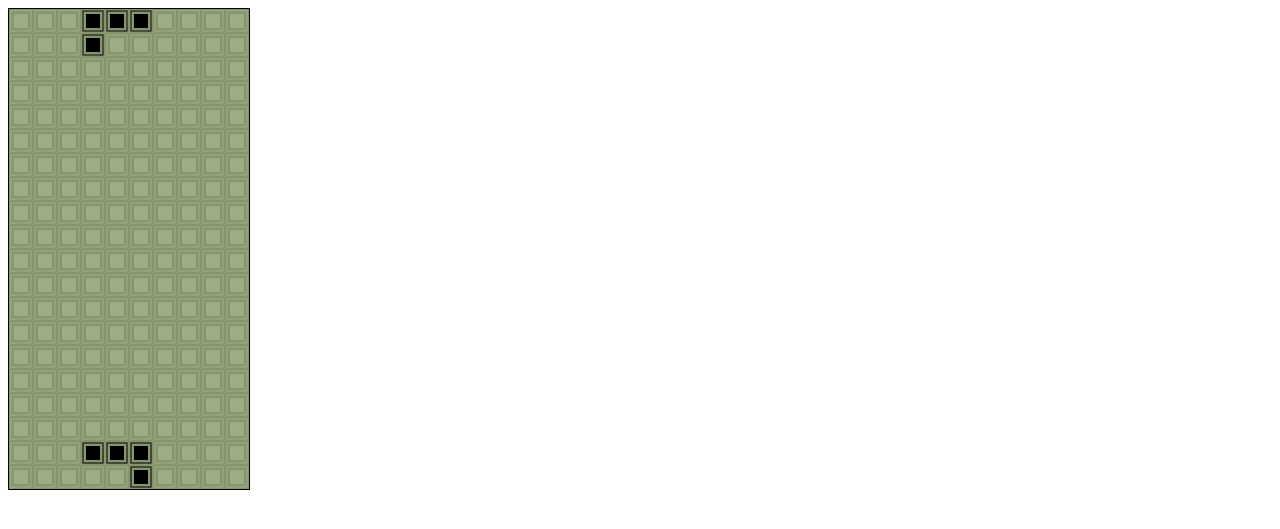
Repository: yzarc204/tetris-web
Page: index.html
The author's editor kept a copy of each file at every save. The page is drawn from the files as they stood at one save, then again after the next save.
The browser window is 1280 px wide. The pictures show the whole page.

Above is the page before, as saved 2021-09-20 23:16:58.

### index.html
<!DOCTYPE html>
<html lang="en">
<head>
    <meta charset="UTF-8">
    <meta http-equiv="X-UA-Compatible" content="IE=edge">
    <meta name="viewport" content="width=device-width, initial-scale=1.0">
    <title>Tetris</title>
    <style>
        canvas {
            border: 1px solid #000;
        }
    </style>
</head>
<body>
    <script src="js/const.js"></script>
    <script src="js/shape.js"></script>
    <script src="js/board.js"></script>
    <script src="js/pixel.js"></script>
    <script src="js/brick.js"></script>
    <script src="js/game.js"></script>
</body>
</html>

### js/const.js
const PIXEL_SIZE = 24;

const B = 'B';
const _ = ' ';

const ROW = 20;
const COL = 10;

const GAME_WIDTH = PIXEL_SIZE * COL;
const GAME_HEIGHT = PIXEL_SIZE * ROW;

const GAME_BG_COLOR = '#86966c';
const PIXEL_COLOR = '#000000';
const PIXEL_BG_COLOR = '#9EAD86';

const SLEEP = 250;

// const BRICK_SHAPES = [
//     [
//         [
//             [B, B, B, B]
//         ]
//     ],
//     [
//         [B, B, B],
//         [_, B, _]
//     ],
//     [
//         [B, B, _],
//         [_, B, B]
//     ],
//     [
//         [_, B, B],
//         [B, B, _]
//     ],
//     [
//         [B, B, B],
//         [_, _, B]
//     ],
//     [
//         [B, B, B],
//         [B, _, _]
//     ],
//     [
//         [B, B, B],
//         [_, _, B]
//     ],
// ];

### js/shape.js
const z1 = [
    [B, B, _],
    [_, B, B],
    [_, _, _]
];

const z2 = [
    [_, B, B],
    [B, B, _],
    [_, _, _]
];

const l1 = [
    [B, B, B],
    [B, _, _],
    [_, _, _]
];

const l2 = [
    [B, B, B],
    [_, _, B],
    [_, _, _]
];

const t = [
    [B, B, B],
    [_, B, _],
    [_, _, _]
];

const o = [
    [B, B],
    [B, B]
];

const i = [
    [_, B, _, _],
    [_, B, _, _],
    [_, B, _, _],
    [_, B, _, _]
];

const BRICK_SHAPES = [
    z1, z2, l1, l2, t, o, i
];

### js/board.js
class Board
{
    constructor(tetris) {
        this.tetris = tetris;
        this.map = [];
        this.row = ROW;
        this.col = COL;
        this.init();
    }

    init() {
        for (let row = 0; row < this.row; row++) {
            let rowData = [];
            for (let col = 0; col < this.col; col++) {
                rowData.push(_);
            }
            this.map.push(rowData);
        }
    }

    isEmptyCell(row, col) {
        if (row > this.row-1 || col > this.col-1)
           return false;
        return this.map[row][col] == _;
    }

    removeRow(idx) {
        for (let i = idx; i > 0; i--) {
            this.map[i] = this.map[i-1];
        }
        this.map[0] = [_, _, _, _, _, _, _, _, _, _];
        this.tetris.line++;
    }

    checkFullRow() {
        for (let row = this.row-1; row > 0; row--) {
            let b = 0;
            for (let col = 0; col < this.col; col++) {
                if (this.map[row][col] == 'B')
                    b++;
            }
            if (b == this.col)
                this.removeRow(row);
        }
    }

    update() {

    }

    draw() {
        for (let row = 0; row < this.row; row++) {
            for (let col = 0; col < this.col; col++) {
                let color = PIXEL_BG_COLOR;
                if (this.map[row][col] == B)
                    color = PIXEL_COLOR;
                new Pixel(this.tetris, row, col, color).draw();
            }
        }
    }
};

### js/pixel.js
class Pixel
{
    constructor(tetris, row, col, color) {
        this.tetris = tetris;
        this.row = row;
        this.col = col;
        this.color = color;
        this.size = PIXEL_SIZE;
    }

    addPixelToBoard() {
        this.tetris.board.map[this.row][this.col] = B;
    }

    isHitLeft() {
        return this.col == 0;
    }

    canMoveLeft() {
        if (this.isHitLeft())
            return false;
        if (!this.tetris.board.isEmptyCell(this.row, this.col-1))
            return false;
        return true;
    }

    moveLeft() {
        if (this.canMoveLeft())
            this.col--;
    }

    isHitRight() {
        return this.col == COL - 1;
    }

    canMoveRight() {
        if (this.isHitRight())
            return false;
        if (!this.tetris.board.isEmptyCell(this.row, this.col+1))
            return false;
        return true;
    }

    moveRight() {
        if (this.canMoveRight())
            this.col++;
    }

    isHitBottom() {
        return this.row == ROW-1;
    }

    canFall() {
        if (this.isHitBottom())
            return false;
        if (!this.tetris.board.isEmptyCell(this.row+1, this.col))
            return false;
        return true;
    }

    fall() {
        if (this.canFall())
            this.row++;
        else
            this.addPixelToBoard();
    }

    drop() {
        while (this.canFall()) {
            this.fall();
        }
    }

    draw() {
        const x = this.row * this.size;
        const y = this.col * this.size;
        // Set color
        this.tetris.ctx.fillStyle = this.color;
        this.tetris.ctx.strokeStyle = this.color;
        this.tetris.ctx.lineWidth = 1;
        // Draw outline
        this.tetris.ctx.strokeRect(y+2, x+2, this.size-4, this.size-4);
        // Draw area
        this.tetris.ctx.fillRect(y+5, x+5, this.size-10, this.size-10);
    }
};

### js/brick.js
class Brick {
    constructor(tetris, row, col, shape) {
        this.tetris = tetris;
        this.row = row;
        this.col = col;
        this.map = BRICK_SHAPES[shape];
        this.pixels = [];
        this.color = PIXEL_COLOR;
        this.init();
    }

    init() {
        this.pixels = this.mapToPixels(this.map);
    }

    mapToPixels(map) {
        let pixels = [];
        for (let row = 0; row < map.length; row++) {
            for (let col = 0; col < map[0].length; col++) {
                if (map[row][col] == B) {
                    let newPixel = new Pixel(this.tetris, this.row+row, this.col+col, PIXEL_COLOR);
                    pixels.push(newPixel);
                }
            }
        }
        return pixels;
    }

    addNewBrickToBoard() {
        this.pixels.forEach(pixel => {
            this.tetris.board.map[pixel.row][pixel.col] = B;
        });
        this.tetris.board.checkFullRow();
    }

    canMoveLeft() {
        let doesCanMoveLeft = true;
        this.pixels.forEach(pixel => {
            if (!pixel.canMoveLeft())
                doesCanMoveLeft = false;
        })
        return doesCanMoveLeft;
    }

    moveLeft() {
        if (this.canMoveLeft()) {
            this.col--;
            this.pixels.forEach(pixel => pixel.moveLeft());
        }
    }

    canMoveRight() {
        let doesCanMoveRight = true;
        this.pixels.forEach(pixel => {
            if (!pixel.canMoveRight())
                doesCanMoveRight = false;
        })
        return doesCanMoveRight;
    }

    moveRight() {
        if (this.canMoveRight()) {
            this.col++;
            this.pixels.forEach(pixel => pixel.moveRight());
        }
    }

    canFall() {
        let doesCanFall = true;
        this.pixels.forEach(pixel => {
            if (!pixel.canFall())
                doesCanFall = false;
        })
        return doesCanFall;
    }

    fall() {
        if (this.canFall()) {
            this.row++;
            this.pixels.forEach(pixel => pixel.fall());
        } else {
            this.addNewBrickToBoard();
            this.tetris.createNewBrick();
        }
    }

    drop() {
        while(this.canFall()) {
            this.row++;
            this.pixels.forEach(pixel => pixel.fall());
        }
    }

    canRotate(map) {
        let doesCanRotate = true;
        let newPixels = this.mapToPixels(map);
        newPixels.forEach(pixel => {
            if (!this.tetris.board.isEmptyCell(pixel.row, pixel.col))
                doesCanRotate = false;
        });
        return doesCanRotate;
    }

    rotate() {
        let newMap = [];
        for(let i = 0; i < this.map[0].length; i++) {
            let row = this.map.map(e => e[i]).reverse();
            newMap.push(row);
        }

        if (this.canRotate(newMap)) {
            this.map = newMap;
            this.pixels = this.mapToPixels(newMap);
        }
    }

    update() {
        this.fall();
    }

    draw() {
        this.pixels.forEach(pixel => pixel.draw());
    }
};

### js/game.js
class Tetris {
    constructor() {
        this.cvs = null;
        this.ctx = null;
        this.board = null;
        this.brick = null;
        this.line = 0;
        this.drawLoop = null;
        this.updateLoop = null;
        this.init();
        this.keyboardSettings();
        this.startGame();
    }

    createNewBrick() {
        let r1 = Math.floor(Math.random() * 12);
        let r2 = Math.floor(Math.random() * 12);
        let r3 = Math.floor(Math.random() * 12);
        let random = Math.floor((r1 + r2 + r3) / 6);
        this.brick = new Brick(this, 0, 3, random);
        console.log(r1, r2, random);
    }

    init() {
        // Create canvas
        this.cvs = document.createElement('canvas');
        this.cvs.width = GAME_WIDTH;
        this.cvs.height = GAME_HEIGHT;
        document.body.appendChild(this.cvs);

        this.ctx = this.cvs.getContext('2d');
    }

    keyboardSettings() {
        document.addEventListener('keydown', e => {
            console.log(e.code);
            switch(e.code) {
                case 'ArrowLeft':
                    this.brick.moveLeft();
                    break;
                case 'ArrowRight':
                    this.brick.moveRight();
                    break;
                case 'ArrowUp':
                    this.brick.rotate();
                    break;
                case 'ArrowDown':
                    this.brick.fall();
                    break;
                case 'KeyR':
                    this.startGame();
                    break;
                case 'Space':
                    this.brick.drop();
                    break;
            }
        });
    }

    startGame() {
        this.line = 0;
        clearInterval(this.drawLoop);
        clearInterval(this.updateLoop);
        this.board = new Board(this);
        this.createNewBrick();
        this.loop();
    }

    clrscr() {
        this.ctx.fillStyle = GAME_BG_COLOR;
        this.ctx.fillRect(0, 0, GAME_WIDTH, GAME_HEIGHT);
    }

    loop() {
        this.updateLoop = setInterval(() => this.update(), 250);
        this.drawLoop = setInterval(() => {
            this.clrscr();
            this.draw();
        }, 17);
    }

    update() {
        this.board.update();
        this.brick.update();
    }

    draw() {
        this.board.draw();
        this.brick.draw();
    }
};

const tetris = new Tetris();

After the next save:
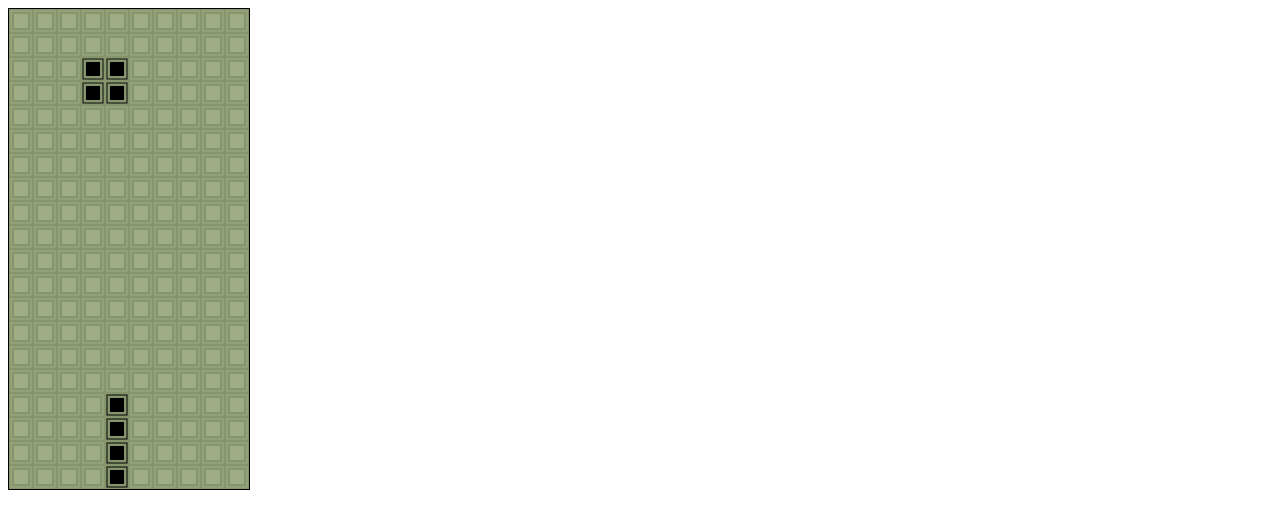
Saved 84 s later.
--- a/js/game.js
+++ b/js/game.js
@@ -16,7 +16,7 @@
         let r1 = Math.floor(Math.random() * 12);
         let r2 = Math.floor(Math.random() * 12);
         let r3 = Math.floor(Math.random() * 12);
-        let random = Math.floor((r1 + r2 + r3) / 6);
+        let random = Math.floor((r1 + r2 + r3) / 3);
         this.brick = new Brick(this, 0, 3, random);
         console.log(r1, r2, random);
     }
